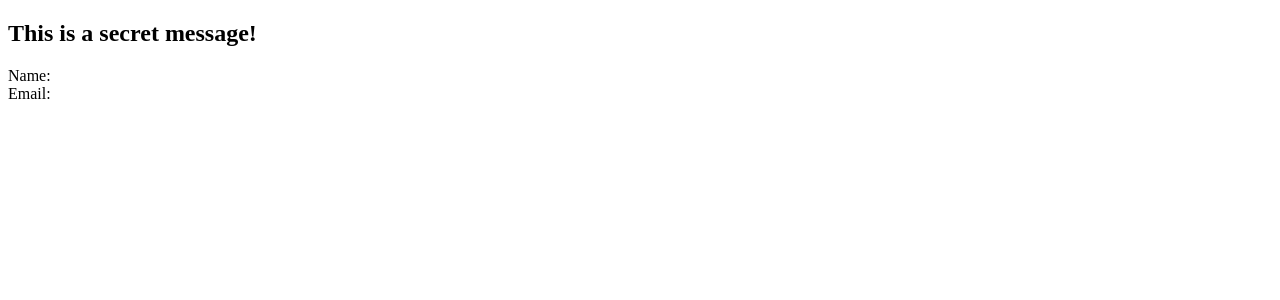
Repository: fullstack-decal-fa22/hw1-jiachenofsun
Page: secret.html
An editor plug-in stored every save of this project. The page is shown before and after the next save, followed by the edit.
The browser window is 1280 px wide. The pictures show the whole page.

Above is the page before, as saved 2022-09-17 09:49:17.

### secret.html
<!DOCTYPE html>
<html lang="en">
    <head>
        <title>Secret Message</title>
    </head>
    <body>
        <h2>This is a secret message!</h2>
        <???>
            <???>Name:</???>
            <??? type="???" id="name">
            <br>
            <???>Email:</???>
            <??? type="???" id="email">
            <br>
            <??? type="???">
        </???>
    </body>
</html>

After the next save:
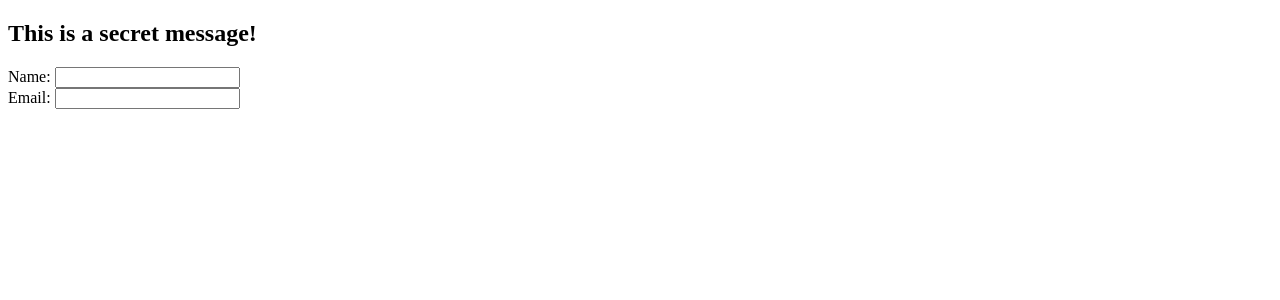
Saved 109 s later.
--- a/secret.html
+++ b/secret.html
@@ -1,18 +1,20 @@
 <!DOCTYPE html>
 <html lang="en">
-    <head>
-        <title>Secret Message</title>
-    </head>
-    <body>
-        <h2>This is a secret message!</h2>
-        <???>
-            <???>Name:</???>
-            <??? type="???" id="name">
-            <br>
-            <???>Email:</???>
-            <??? type="???" id="email">
-            <br>
-            <??? type="???">
-        </???>
+
+<head>
+    <title>Secret Message</title>
+</head>
+
+<body>
+    <h2>This is a secret message!</h2>
+    <form>
+        <???>Name:</???>
+        <input type="text" id="name">
+        <br>
+        <???>Email:</???>
+        <input type="text" id="email">
+        <br>
+        <??? type="???">
+        </form>
     </body>
 </html>
